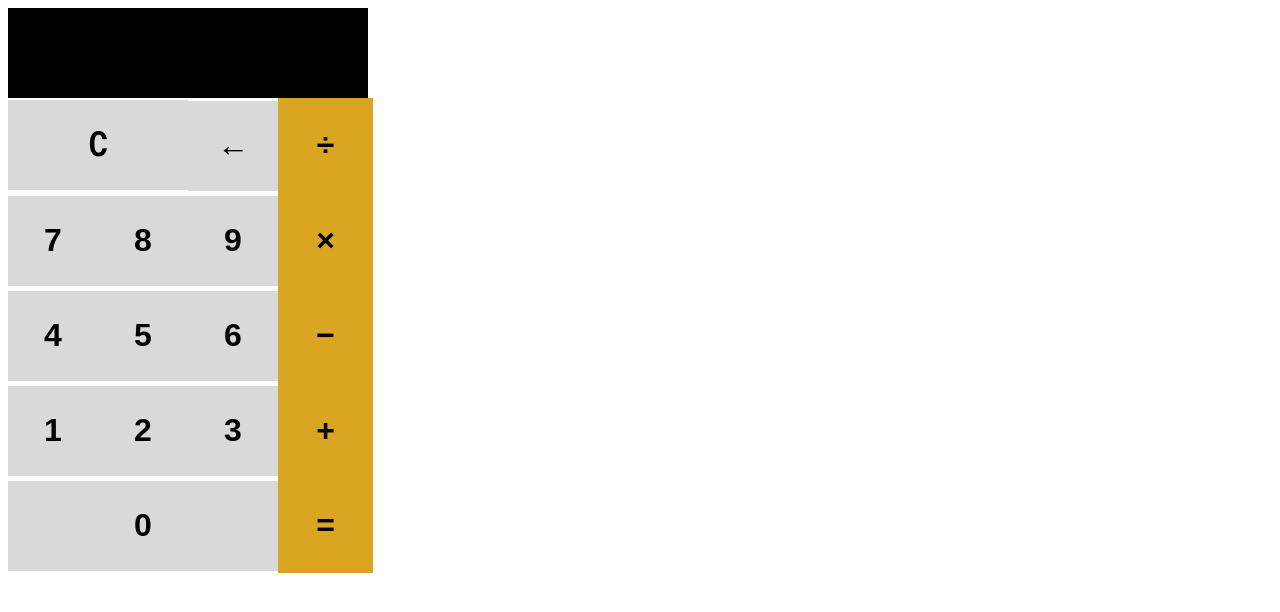
Repository: jontslater/LAB-calculator2
Page: index.html
The author's editor kept a copy of each file at every save. The page is drawn from the files as they stood at one save, then again after the next save.
The browser window is 1280 px wide. The pictures show the whole page.

Above is the page before, as saved 2023-10-14 10:23:41.

After the next save:
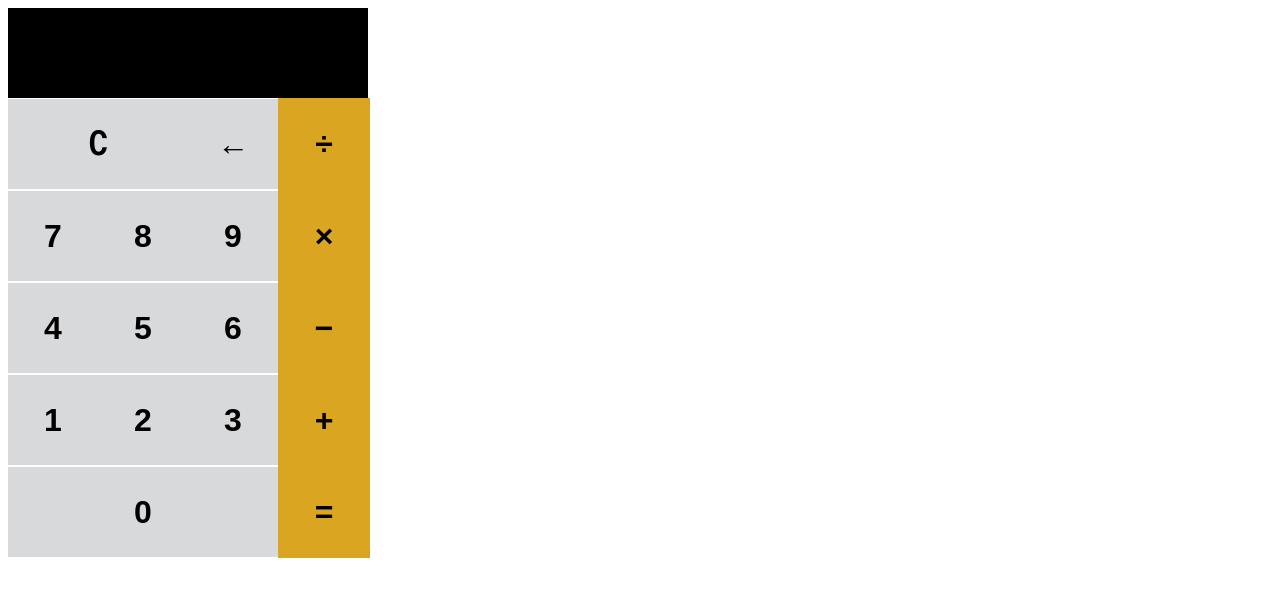
Saved 25 s later.
--- a/main.css
+++ b/main.css
@@ -44,8 +44,8 @@ body{
 
 .orange{
   background-color:goldenrod;
-  height: 95px;
-  width: 95px;
+  height: 92px;
+  width: 92px;
   font-size: xx-large;
   font-weight: bold;
   border:none;
